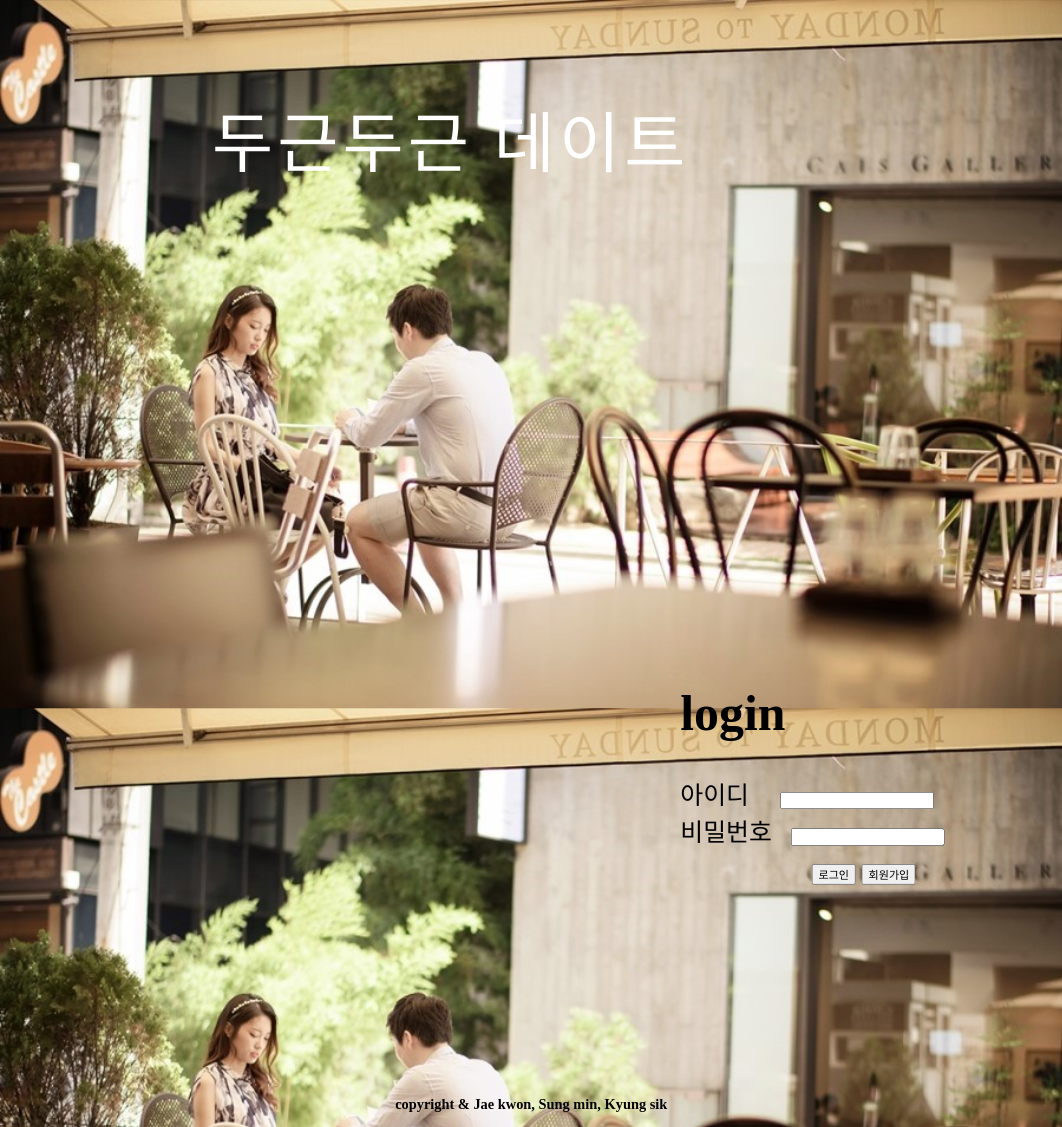
Repository: pinokio531/date_application
Page: http://localhost/doogeunDate/indexPage.jsp
An editor plug-in stored every save of this project. The page is shown before and after the next save, followed by the edit.
The browser window is 1280 px wide. The pictures show the whole page, at 83% of full size.
Some web fonts or font styles are not loaded; a fallback is used. The page is served by Tomcat 9.

Above is the page before, as saved 2019-06-04 09:59:42.

### doogeunDate/WebContent/indexPage.jsp
<%@ page language="java" contentType="text/html; charset=UTF-8"
    pageEncoding="UTF-8"%>
<%@ page errorPage = "error/errorpage.jsp" %>
<html lang="en">

<head>
	<link href="https://fonts.googleapis.com/css?family=Nanum+Brush+Script&display=swap" rel="stylesheet">
	<meta charset="EUC-KR">
	<meta http-equiv="X-UA-Compatible" content="ie=edge">
	<title>Document</title>
	<link rel="stylesheet" type="text/css" href="style/index.css" />
</head>

<body>
	<div id="header">
		<p>두근두근 데이트</p>
	</div>
	<form action="f_login.jsp" method="post">
		<div class="container">
			<div class="blank">&nbsp;</div>
			<div class="login">
				<h1>login</h1>
				아이디 &nbsp;&nbsp;&nbsp; <input name="id"><br>
				비밀번호 &nbsp;&nbsp;<input name="passwd"><br>

				<div class="button">
					<input type="submit" value="로그인">
					<input type="button" value="회원가입" onclick="location.href='joinPage.jsp'"><br>
				</div>
			</div>
		</div>
	</form>
	<div class="footer">
		<p>copyright & Jae kwon, Sung min, Kyung sik</p>
	</div>
</body>

</html>

### doogeunDate/WebContent/style/index.css
body{
    background-image:url(../asset/background.jpg);
    background-size: 100%;
}

#header{
    margin-left: 18%;
    padding: 20px;
    font-family: 'Nanum Brush Script', cursive;
    font-size: 60pt;
    letter-spacing: 5px;
    color: white;
}

.container{
    height: 80%;
    margin: 0 auto;
}

.blank{
    float: left;
    width: 65%;
    height: 80%;
}

.footer{
    padding-top: 400px;
    text-align: center;
    font-size: 13pt;
}

.login{
    float: right;
    margin:10px;
    width: 35%;
    height: 80%;
    font-family: 'Nanum Brush Script', cursive;
    font-size: 30px;
}

.button{
    margin: 10px;
    text-align:center;
}

.footer p {
    font-weight: bold;
}

After the next save:
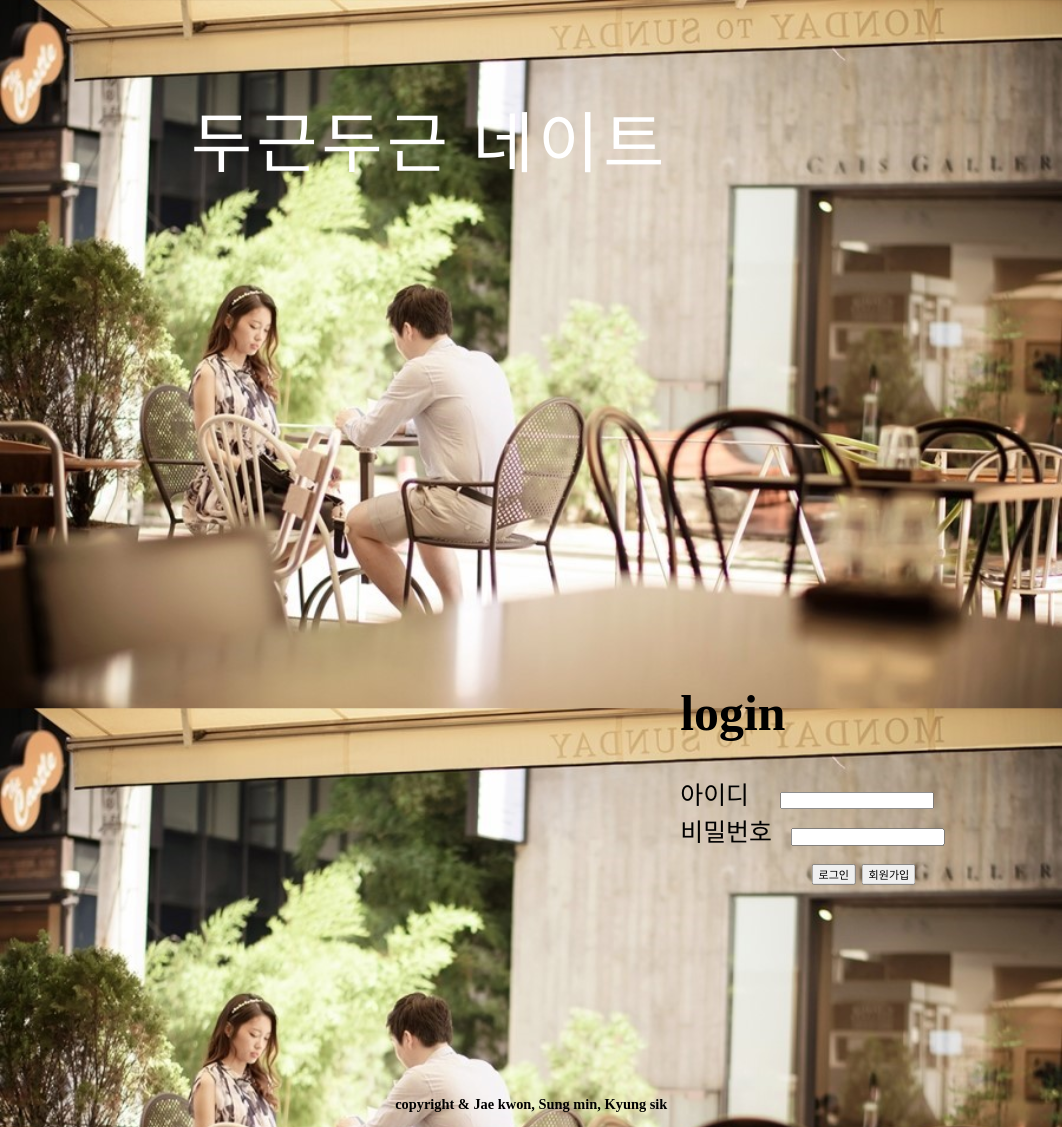
Saved 22 s later.
--- a/doogeunDate/WebContent/style/index.css
+++ b/doogeunDate/WebContent/style/index.css
@@ -4,7 +4,7 @@ body{
 }
 
 #header{
-    margin-left: 18%;
+    margin-left: 16%;
     padding: 20px;
     font-family: 'Nanum Brush Script', cursive;
     font-size: 60pt;
